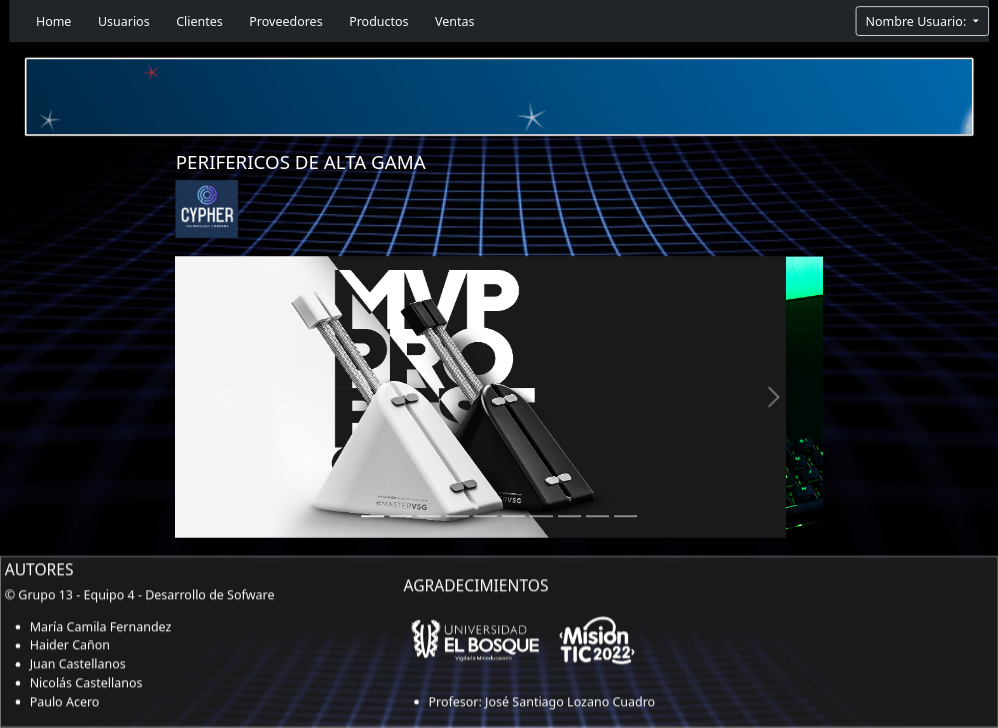
Repository: Grupo13E4/Tienda_Cypher
Page: http://localhost/Ciclo3demo/Principal.jsp
The author's editor kept a copy of each file at every save. The page is drawn from the files as they stood at one save, then again after the next save.
The browser window is 1280 px wide. The pictures show the whole page, at 78% of full size.
Backgrounds fixed to the window are drawn as part of the page. The page is served by Tomcat 9. The template is opened directly, without the code that normally fills it, so the values that code supplies are empty.

Above is the page before, as saved 2021-09-23 17:18:09.

After the next save:
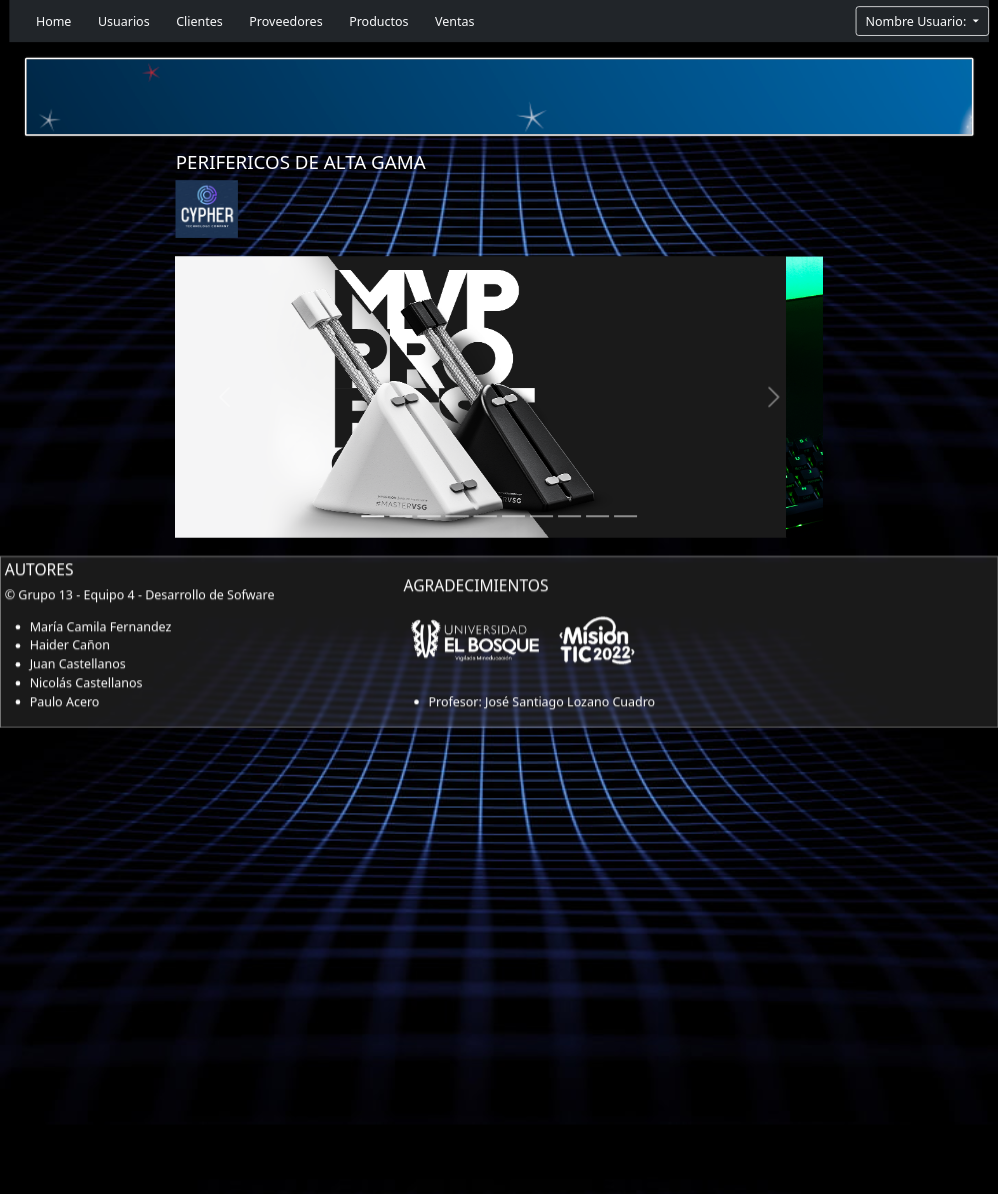
Saved 5 min 17 s later.
--- a/Ciclo3demo/src/main/webapp/Principal.jsp
+++ b/Ciclo3demo/src/main/webapp/Principal.jsp
@@ -177,6 +177,11 @@
 	</footer>
 	<!-- Fin Footer -->
 
+	<div class="m-4" style="height: 550px;">
+			<iframe style="height: 100%; width: 100%; border: none"
+				name="myFrame">
+			</iframe>
+	</div>
 
 
 	<script
